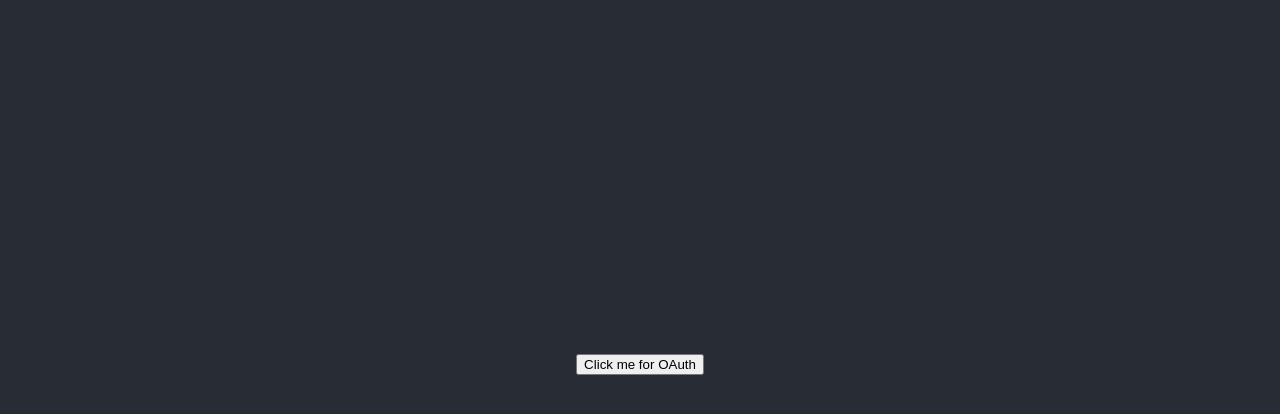
Repository: chetanchoudhary08/fitbit-oauth
Page: /
The author's editor kept a copy of each file at every save. The page is drawn from the files as they stood at one save, then again after the next save.
The browser window is 1280 px wide. The pictures show the whole page.
The project was rebuilt for these pictures with package versions that can differ from the ones it lists, and the page was loaded fresh each time.

Above is the page before, as saved 2023-07-14 05:20:40.

### src/App.js
import logo from './logo.svg';
import './App.css';
import OAuthButton from './fitbit';

function App() {
  return (
    <div className="App">
      <header className="App-header">

        <OAuthButton></OAuthButton>
      </header>
    </div>
  );
}

export default App;

### src/fitbit.js
import React from "react";

class OAuthButton extends React.Component {
  constructor(props) {
    super(props);
    this.state = {
      token: null,
    };
  }

  componentDidMount() {
    // Check the URL fragment for the access token.
    const hash = window.location.hash;
    const result = hash.match(/#access_token=(.*?)&/);

    // If an access token is found, print it and save it in the state.
    if (result) {
      const token = result[1];
      console.log(token);
      this.setState({ token: token });
    }
  }

  handleClick = () => {
    // Replace this URL with your actual OAuth URL.
    const url =
      "https://www.fitbit.com/oauth2/authorize?response_type=token&client_id=23R3NF&scope=activity+cardio_fitness+electrocardiogram+heartrate+location+nutrition+oxygen_saturation+profile+respiratory_rate+settings+sleep+social+temperature+weight&redirect_uri=https%3A%2F%2Flocalhost%3A3000%2F";

    // Redirect the user to the OAuth URL.
    window.location.href = url;
  };

  render() {
    return (
      <div>
        <button onClick={this.handleClick}>Click me for OAuth</button>
        {this.state.token && <p>Access Token: {this.state.token}</p>}
      </div>
    );
  }
}

export default OAuthButton;

Loaded but not shown: public/index.html (common file); src/index.js (common file); src/index.css (common file); src/reportWebVitals.js (common file); src/App.css (common file)

After the next save:
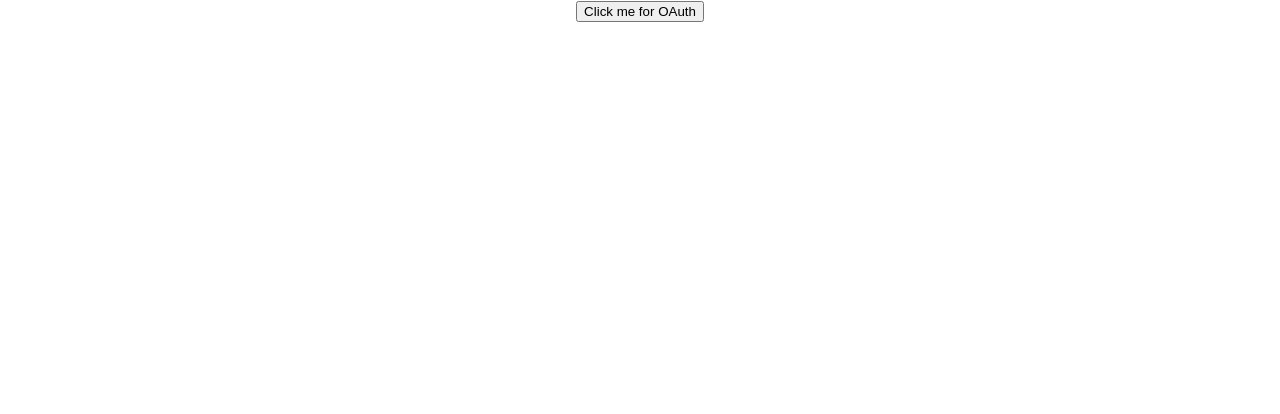
Saved 31 s later.
--- a/src/App.js
+++ b/src/App.js
@@ -5,10 +5,7 @@
 function App() {
   return (
     <div className="App">
-      <header className="App-header">
-
-        <OAuthButton></OAuthButton>
-      </header>
+      <OAuthButton></OAuthButton>
     </div>
   );
 }
